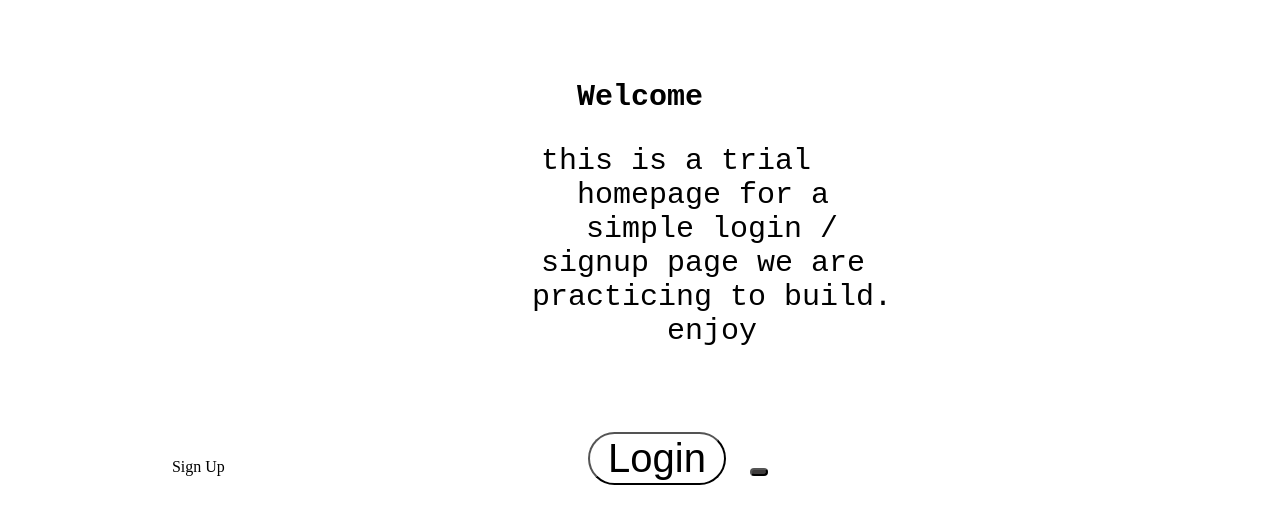
Repository: yhung004/TUTORIAL_PAGE
Page: home.html
The author's editor kept a copy of each file at every save. The page is drawn from the files as they stood at one save, then again after the next save.
The browser window is 1280 px wide. The pictures show the whole page.

Above is the page before, as saved 2024-04-10 13:59:58.

After the next save:
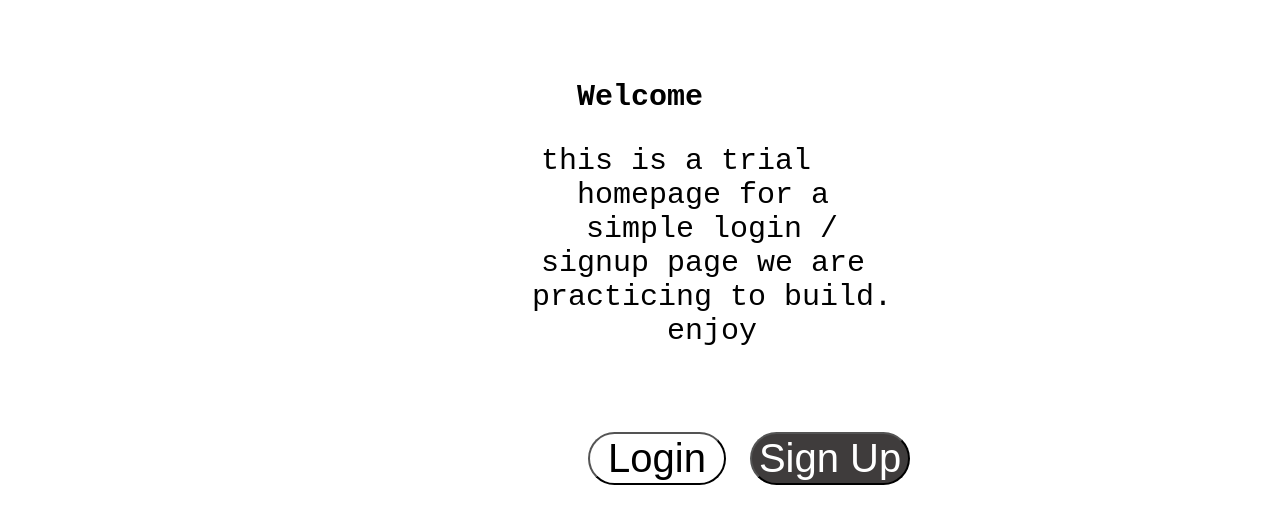
Saved 8 s later.
--- a/home.html
+++ b/home.html
@@ -18,7 +18,7 @@
     <button class="button_a">
        Login
     </button>
-    <button class="button_b" ></button>
+    <button class="button_b" >
         Sign Up
     </button>
 </body>
